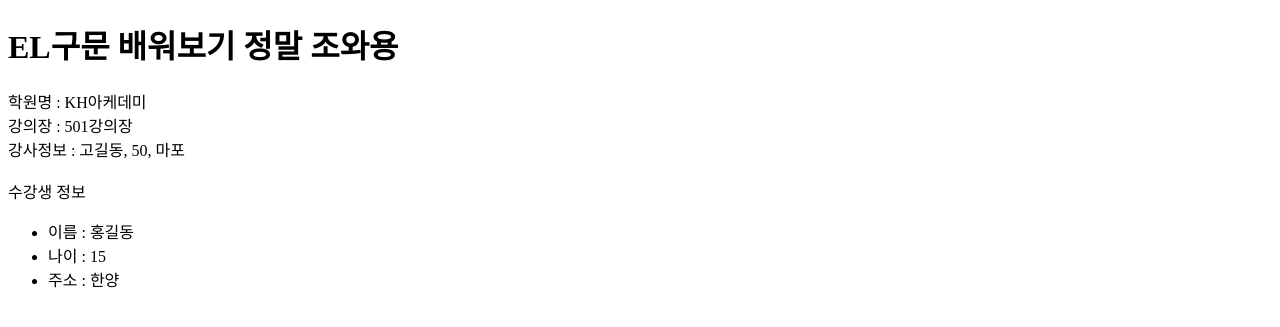
Repository: ghksl0204-shapa/dynamic-web
Page: http://localhost/ActionProject/el.do
These files come from the project's save history. The page is drawn as it stood at one moment and after the next save; the edit follows.
The browser window is 1280 px wide. The pictures show the whole page.
The page is served by Tomcat 9. Other server files are loaded and not shown.

Above is the page before, as saved 2026-05-06 05:28:12.

### ActionProject/src/main/webapp/WEB-INF/views/01_el.jsp
<%@ page language="java" contentType="text/html; charset=UTF-8"
    pageEncoding="UTF-8"%>
<%@ page import="com.kh.el.model.dto.Person" %>
<!DOCTYPE html>
<html>
<head>
<meta charset="UTF-8">
<title>UltraSuperPower JSP</title>
</head>
<body>

	<h1>EL구문 배워보기 정말 조와용</h1>

	<%
		String classRoom = (String)request.getAttribute("classRoom");
		Person student = (Person)request.getAttribute("student");

		String academy = (String)session.getAttribute("academy");
		Person lecture = (Person)session.getAttribute("lecture");
	%>

	<p>
		학원명 : <%= academy %> <br>
		강의장 : <%= classRoom %> <br>
		강사정보 : <%= lecture.getName() %>, <%= lecture.getAge() %>, <%= lecture.getAddress() %> <br><br>

		수강생 정보
		<ul>
			<li>이름 : <%= student.getName() %></li>
			<li>나이 : <%= student.getAge() %></li>
			<li>주소 : <%= student.getAddress() %></li>
		</ul>
	</p>









</body>
</html>

### ActionProject/src/main/java/com/kh/el/controller/ElServlet.java
package com.kh.el.controller;

import java.io.IOException;

import javax.servlet.ServletException;
import javax.servlet.annotation.WebServlet;
import javax.servlet.http.HttpServlet;
import javax.servlet.http.HttpServletRequest;
import javax.servlet.http.HttpServletResponse;
import javax.servlet.http.HttpSession;

import com.kh.el.model.dto.Person;

@WebServlet("/el.do")
public class ElServlet extends HttpServlet {
	private static final long serialVersionUID = 1L;

    public ElServlet() {
        super();
    }

	protected void doGet(HttpServletRequest request, HttpServletResponse response) throws ServletException, IOException {
		// 만약 서블릿에서 응답할 데이터가 존재 한다면!!!
		// JSP로 포워딩을 할 때 request.setAttribute("name값", "value값") -> forward ~~
		// request -> Servlet 내장객체 / Scope 객체

		// application / session / request / page

		/*
		 * 1. application scope : ServletContext
		 * 한 애플리케이션 당, 딱 한개 존재하는 객체
		 * 이 영역에 데이터를 담으면 애플리케이션 전역에서 사용 가능
		 *
		 *
		 * 2. session scope : HttpSession
		 * 하나의 브라우저 당, 한 개 존재하는 객체
		 * 이 영역에 데이터를 담으면 JSP / Servlet 단에서 사용 가능
		 * 값이 한 번 담기면 서버를 멈추건, 세션을 비우거나, 브라우저가 닫히기 전까지는 계속 사용 가능
		 *
		 * 3. request scope : HttpServletRequest
		 * 요청 및 응답 시 매법 생성되는 객체
		 * 이 영역에 데이터를 담으면 해당 request 를 포워딩 받는 응답 JSP 에서만 사용가능 (1회성)
		 *
		 * 4. page scope : PageContext
		 * JSP페이지에서만 사용가능
		 *
		 * => 위 객체들에 속성을 추가할 때는 .setAttribute("name값", 벨류);
		 * 							  .getAttribute("namer값");
		 * 							  .removeAttribute("name값");
		 */
		// DTO(VO) 한 개, List<DTO>, int, String

		request.setAttribute("classRoom", "501강의장");
		request.setAttribute("student", new Person("홍길동", 15, "한양"));

		// sessionScope
		HttpSession session = request.getSession();
		session.setAttribute("academy", "KH아케데미");
		session.setAttribute("lecture", new Person("고길동", 50, "마포"));

		// 응답 뷰 배정 -> 포워딩
		request.getRequestDispatcher("/WEB-INF/views/01_el.jsp").forward(request, response);


	}

	protected void doPost(HttpServletRequest request, HttpServletResponse response) throws ServletException, IOException {
		doGet(request, response);
	}




















}

### ActionProject/src/main/java/com/kh/el/model/dto/Person.java
package com.kh.el.model.dto;

public class Person {

	private String name;
	private int age;
	private String address;

	public Person() {
		super();
	}

	public Person(String name, int age, String address) {
		super();
		this.name = name;
		this.age = age;
		this.address = address;
	}

	public String getName() {
		return name;
	}

	public void setName(String name) {
		this.name = name;
	}

	public int getAge() {
		return age;
	}

	public void setAge(int age) {
		this.age = age;
	}

	public String getAddress() {
		return address;
	}

	public void setAddress(String address) {
		this.address = address;
	}

	@Override
	public String toString() {
		return "Person [name=" + name + ", age=" + age + ", address=" + address + "]";
	}

}

After the next save:
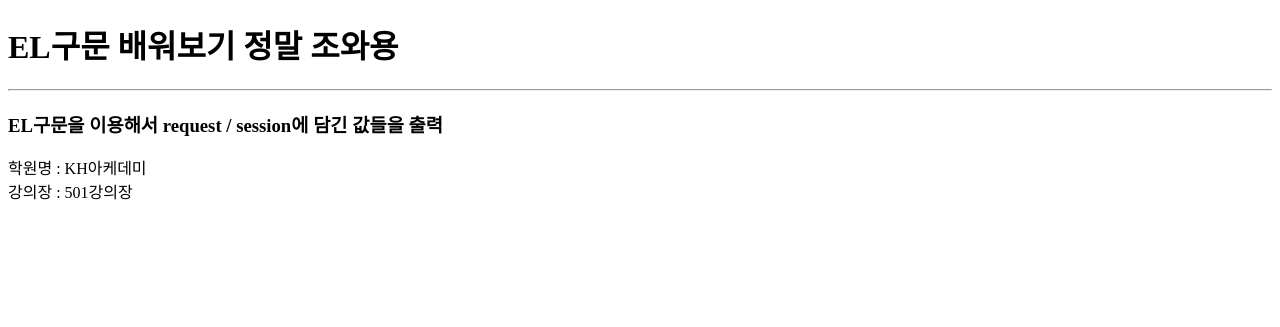
Saved 17 min 41 s later.
--- a/ActionProject/src/main/webapp/WEB-INF/views/01_el.jsp
+++ b/ActionProject/src/main/webapp/WEB-INF/views/01_el.jsp
@@ -10,6 +10,9 @@
 <body>
 
 	<h1>EL구문 배워보기 정말 조와용</h1>
+
+	<%--
+	<!--
 
 	<%
 		String classRoom = (String)request.getAttribute("classRoom");
@@ -31,9 +34,18 @@
 			<li>주소 : <%= student.getAddress() %></li>
 		</ul>
 	</p>
+	-->
+	--%>
 
+	<hr>
 
+	<h3>EL구문을 이용해서 request / session에 담긴 값들을 출력</h3>
 
+	<p>
+		학원명 : ${ academy } <br>
+		강의장 : ${ classRoom } <br>
+
+	</p>
 
 
 
